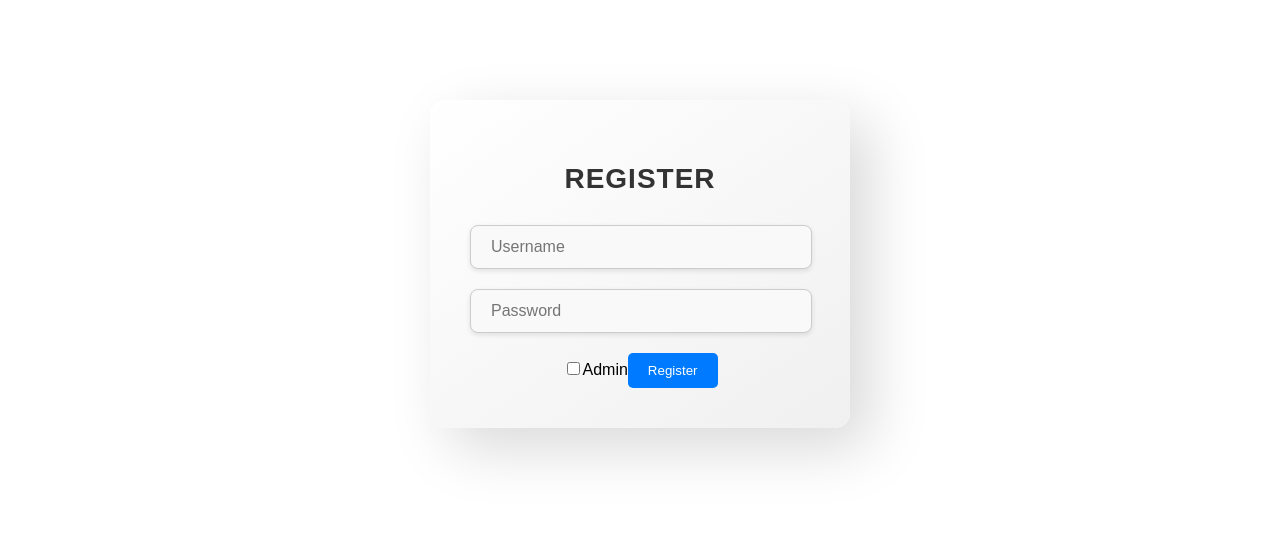
Repository: mdmisri/needy-talk
Page: /register (app in frontend/talk-d1/)
An editor plug-in stored every save of this project. The page is shown before and after the next save, followed by the edit.
The browser window is 1280 px wide. The pictures show the whole page.
The page's requests for data from a server got no answer. The project was rebuilt for these pictures with package versions that can differ from the ones it lists, and the page was loaded fresh each time. No one was signed in, and anything a server would have sent is missing. Also part of the build but not shown: frontend/talk-d1/src/components/Login/Login.css, frontend/talk-d1/src/components/Login/Login.js, frontend/talk-d1/src/conversationUtils.js, frontend/talk-d1/src/hooks/useConversation.js, frontend/talk-d1/src/components/Chat/styles/Message.css, frontend/talk-d1/src/components/Chat/Message.js, frontend/talk-d1/src/components/Chat/ChatBox.js, frontend/talk-d1/src/components/Chat/AdminChatBox.js and 3 more.

Above is the page before, as saved 2024-07-28 17:25:16.

### frontend/talk-d1/src/index.js
import React from 'react';
import ReactDOM from 'react-dom/client';
import './index.css';
import App from './App';
import { BrowserRouter } from 'react-router-dom';

const root = ReactDOM.createRoot(document.getElementById('root'));
root.render(
  <React.StrictMode>
    <BrowserRouter>
    <App />
    </BrowserRouter>
  </React.StrictMode>
);

// If you want to start measuring performance in your app, pass a function
// to log results (for example: reportWebVitals(console.log))
// or send to an analytics endpoint. Learn more: https://bit.ly/CRA-vitals

### frontend/talk-d1/src/App.js
import React, { useState, useEffect } from 'react';
import { Routes, Route, useNavigate } from 'react-router-dom';
import Login from './components/Login/Login';
import Register from './components/Register/Register';
import ChatBox from './components/Chat/ChatBox';
import AdminChatBox from './components/Chat/AdminChatBox';
import ChatStart from './components/Chat/ChatStart';
import AdminSelection from './components/Chat/AdminSelection';
import socket from './components/Chat/socket';

const App = () => {
    const [user, setUser] = useState(null);
    const [username, setUsername] = useState('');
    const [isAdmin, setIsAdmin] = useState(false);
    const [adminUsername, setAdminUsername] = useState(null);
    const [redirectToChat, setRedirectToChat] = useState(false);
    const navigate = useNavigate();

    useEffect(() => {
        const handleBeforeUnload = () => {
            if (username) {
                socket.emit('userOffline', username);
            }
        };

        window.addEventListener('beforeunload', handleBeforeUnload);

        return () => {
            window.removeEventListener('beforeunload', handleBeforeUnload);
        };
    }, [username]);

    useEffect(() => {
        if (user) {
            if (isAdmin) {
                navigate('/admin-chat');
            } else if (redirectToChat) {
                navigate(`/chat/${adminUsername}`);
            } else {
                navigate('/home');
            }
        }
    }, [user, isAdmin, redirectToChat, adminUsername, navigate]);

    const handleLogout = () => {
        socket.emit('userOffline', username);
        setUser(null);
        setUsername('');
        setIsAdmin(false);
        setAdminUsername(null);
        setRedirectToChat(false);
        navigate('/login');
    };

    const handleAdminSelection = (selectedAdminUsername) => {
        setAdminUsername(selectedAdminUsername);
        setRedirectToChat(true);
    };

    return (
        <div>
            <Routes>
                <Route path="/login" element={<Login setUser={setUser} setUsername={setUsername} setIsAdmin={setIsAdmin} />} />
                <Route path="/register" element={<Register />} />
                {/* Route for admin selection */}
                <Route path="/home" element={!isAdmin ? <ChatStart username={username} onAdminSelect={handleAdminSelection} /> : <AdminChatBox adminUsername={username} handleAdminSelection={handleAdminSelection} />} />
                {/* Route for admin chat box */}
                <Route path="/admin-chat" element={<AdminChatBox adminUsername={username} handleAdminSelection={handleAdminSelection} />} />
                {/* Route for user chat box */}
                <Route path="/chat/:receiverUsername" element={<ChatBox senderUsername={username} />} />
            </Routes>
            {user && <button onClick={handleLogout}>Logout</button>}
        </div>
    );
};

export default App;

### frontend/talk-d1/src/components/Register/Register.js
// Register.js
import React, { useState } from 'react';
import axios from 'axios';
import { useNavigate } from 'react-router-dom';
import "./Register.css";

const Register = () => {
    const [username, setUsername] = useState('');
    const [password, setPassword] = useState('');
    const [isAdmin, setIsAdmin] = useState(false);
    const [message, setMessage] = useState('');
    const navigate = useNavigate();

    const handleRegister = async (e) => {
        e.preventDefault();
        try {
            await axios.post('http://localhost:3010/api/auth/register', {
                username,
                password,
                isAdmin,
            });
            setMessage('User registered successfully');
            navigate('/login');
        } catch (err) {
            setMessage('Error registering user');
        }
    };

    return (
        <div className="form-container">
            <h2>Register</h2>
            {message && <p>{message}</p>}
            <form onSubmit={handleRegister}>
                <input
                    type="text"
                    value={username}
                    onChange={(e) => setUsername(e.target.value)}
                    placeholder="Username"
                    required
                />
                <input
                    type="password"
                    value={password}
                    onChange={(e) => setPassword(e.target.value)}
                    placeholder="Password"
                    required
                />
                <label>
                    <input
                        type="checkbox"
                        checked={isAdmin}
                        onChange={() => setIsAdmin(!isAdmin)}
                    />
                    Admin
                </label>
                <button type="submit">Register</button>
            </form>
        </div>
    );
};

export default Register;

### frontend/talk-d1/src/components/Chat/socket.js
// socket.js
import io from 'socket.io-client';

const socket = io('http://localhost:3010');

export default socket;

### frontend/talk-d1/src/components/Register/Register.css
.form-container {
    width: 340px;
    padding: 40px;
    background: linear-gradient(145deg, #ffffff, #f0f0f0);
    box-shadow: 20px 20px 60px #d9d9d9, -20px -20px 60px #ffffff;
    border-radius: 15px;
    margin: 100px auto;
    text-align: center;
    font-family: 'Arial', sans-serif;
}

.form-container h2 {
    margin-bottom: 30px;
    color: #333;
    font-size: 28px;
    font-weight: 600;
    text-transform: uppercase;
    letter-spacing: 1px;
}

.form-container input[type="text"],
.form-container input[type="password"],
.form-container input[type="email"] {
    width: calc(100% - 40px); /* Adjust width to account for padding */
    margin-bottom: 20px;
    padding: 12px 20px; /* Adjust padding for better spacing */
    border: 1px solid #ccc; /* Add a subtle border */
    border-radius: 8px; /* Less rounded for a more modern look */
    background: #f9f9f9;
    box-shadow: 0 2px 5px rgba(0, 0, 0, 0.1); /* Subtle outer shadow */
    font-size: 16px;
    transition: all 0.3s ease;
    outline: none; /* Remove default outline */
}

.form-container input[type="text"]:focus,
.form-container input[type="password"]:focus,
.form-container input[type="email"]:focus {
    border-color: #007BFF; /* Highlight border color on focus */
    box-shadow: 0 0 5px rgba(0, 123, 255, 0.5); /* Add glow effect on focus */
    background: #fff; /* Ensure background is clear on focus */
    outline: none;
    box-shadow: inset 5px 5px 10px #c1c1c1, inset -5px -5px 10px #ffffff;
}

.form-container .checkbox-container {
    display: flex;
    align-items: center;
    margin-bottom: 20px;
    font-size: 16px;
}

.form-container .checkbox-container input {
    margin-right: 10px;
    transform: scale(1.2);
}

.register-container button {
    width: 100%;
    padding: 15px;
    background: linear-gradient(145deg, #007bff, #0056b3);
    color: #fff;
    border: none;
    border-radius: 50px;
    cursor: pointer;
    font-size: 18px;
    font-weight: 600;
    text-transform: uppercase;
    letter-spacing: 1px;
    transition: all 0.3s ease;
    box-shadow: 5px 5px 10px #d9d9d9, -5px -5px 10px #ffffff;
}

.register-container button:hover {
    background: linear-gradient(145deg, #0056b3, #004494);
    transform: translateY(-3px);
    box-shadow: 7px 7px 15px #d9d9d9, -7px -7px 15px #ffffff;
}

.register-container button:active {
    transform: translateY(0);
    box-shadow: 3px 3px 5px #d9d9d9, -3px -3px 5px #ffffff;
}

### frontend/talk-d1/src/components/Chat/styles/ChatBox.css
.chatbox {
    display: flex;
    flex-direction: column;
    height: 100vh;
    width: 400px;
    border: 1px solid #ccc;
    border-radius: 8px;
    box-shadow: 0 4px 8px rgba(0, 0, 0, 0.1);
    background-color: #f9f9f9;
}

.messages {
    flex: 1;
    padding: 10px;
    overflow-y: auto;
    background-color: #fff;
    border-bottom: 1px solid #ccc;
}

.messages div {
    margin-bottom: 10px;
    padding: 8px;
    border-radius: 4px;
}

.sent {
    align-self: flex-end;
    background-color: #e0f7fa;
}

.received {
    align-self: flex-start;
    background-color: #fff3e0;
}

.input-area {
    display: flex;
    align-items: center;
    padding: 10px;
    border-top: 1px solid #ccc;
}

input {
    flex: 1;
    padding: 10px;
    border: none;
    border-top: 1px solid #ccc;
    border-radius: 0 0 8px 8px;
}

button {
    padding: 10px;
    border: none;
    border-radius: 0 0 8px 0;
    background-color: #007bff;
    color: white;
    cursor: pointer;
}

button:hover {
    background-color: #0056b3;
}

input:focus {
    outline: none;
    border: 1px solid #007bff;
}

.typing-indicator {
    font-style: italic;
    color: grey;
    margin-top: 5px;
}

.read-receipt {
    font-size: 12px;
    color: #00bfae;
    position: absolute;
    bottom: -15px;
    right: 10px;
}

### frontend/talk-d1/src/components/Chat/styles/AdminChatBox.css
/* AdminChatBox.css */

.admin-chat-container {
    display: flex;
    height: 100vh;
    font-family: Arial, sans-serif;
}

.user-tabs {
    width: 250px;
    background-color: #f7f7f7;
    border-right: 1px solid #ddd;
    overflow-y: auto;
    padding: 10px;
}

.user-tab {
    padding: 10px;
    cursor: pointer;
    display: flex;
    justify-content: space-between;
    align-items: center;
    border-radius: 5px;
    transition: background-color 0.3s ease;
}

.user-tab:hover {
    background-color: #e0e0e0;
}

.user-tab.active {
    background-color: #007bff;
    color: white;
}

.chat-box {
    flex: 1;
    display: flex;
    flex-direction: column;
    padding: 10px;
    background-color: #fff;
}

.messages {
    flex: 1;
    overflow-y: auto;
    margin-bottom: 10px;
    border-bottom: 1px solid #ddd;
}

.typing-indicator {
    font-style: italic;
    color: #999;
    margin: 5px 0;
}

input[type="text"] {
    width: calc(100% - 80px);
    padding: 10px;
    margin-right: 10px;
    border: 1px solid #ddd;
    border-radius: 5px;
    outline: none;
    transition: border-color 0.3s ease;
}

input[type="text"]:focus {
    border-color: #007bff;
}

button {
    padding: 10px 20px;
    background-color: #007bff;
    color: white;
    border: none;
    border-radius: 5px;
    cursor: pointer;
    transition: background-color 0.3s ease;
}

button:hover {
    background-color: #0056b3;
}

/* Responsive Design */
@media (max-width: 768px) {
    .admin-chat-container {
        flex-direction: column;
    }

    .user-tabs {
        width: 100%;
        border-right: none;
        border-bottom: 1px solid #ddd;
    }

    input[type="text"] {
        width: calc(100% - 90px);
    }
}

Loaded but not shown: frontend/talk-d1/public/index.html (common file); frontend/talk-d1/src/index.css (no stored copy; drawn as an empty file)

After the next save:
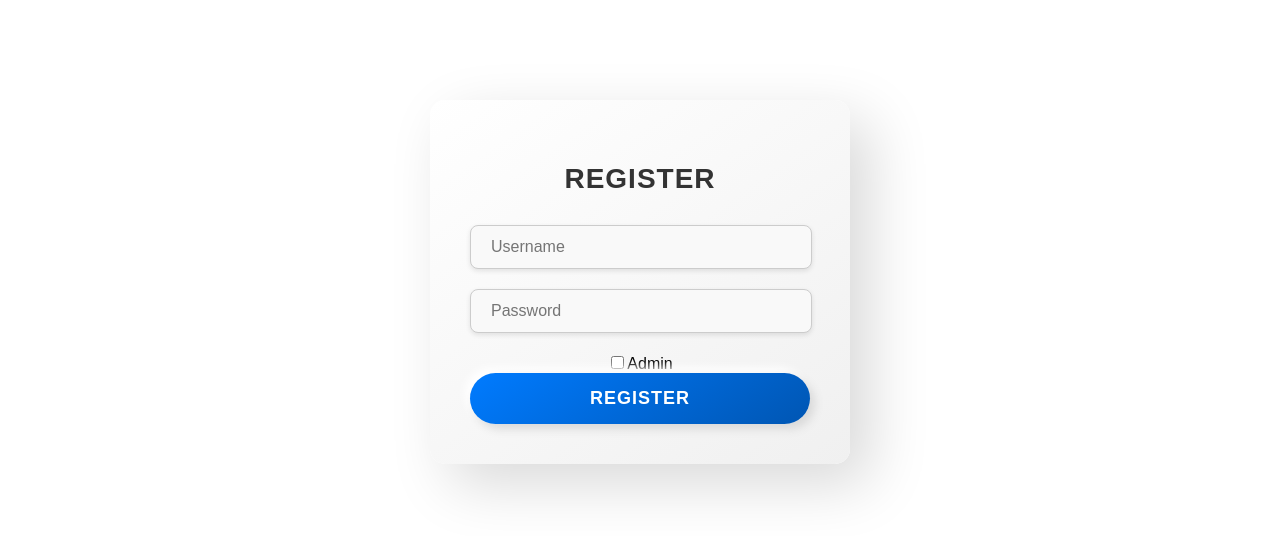
Saved 7 s later.
--- a/frontend/talk-d1/src/components/Register/Register.css
+++ b/frontend/talk-d1/src/components/Register/Register.css
@@ -55,7 +55,7 @@
     transform: scale(1.2);
 }
 
-.register-container button {
+.form-container button {
     width: 100%;
     padding: 15px;
     background: linear-gradient(145deg, #007bff, #0056b3);
